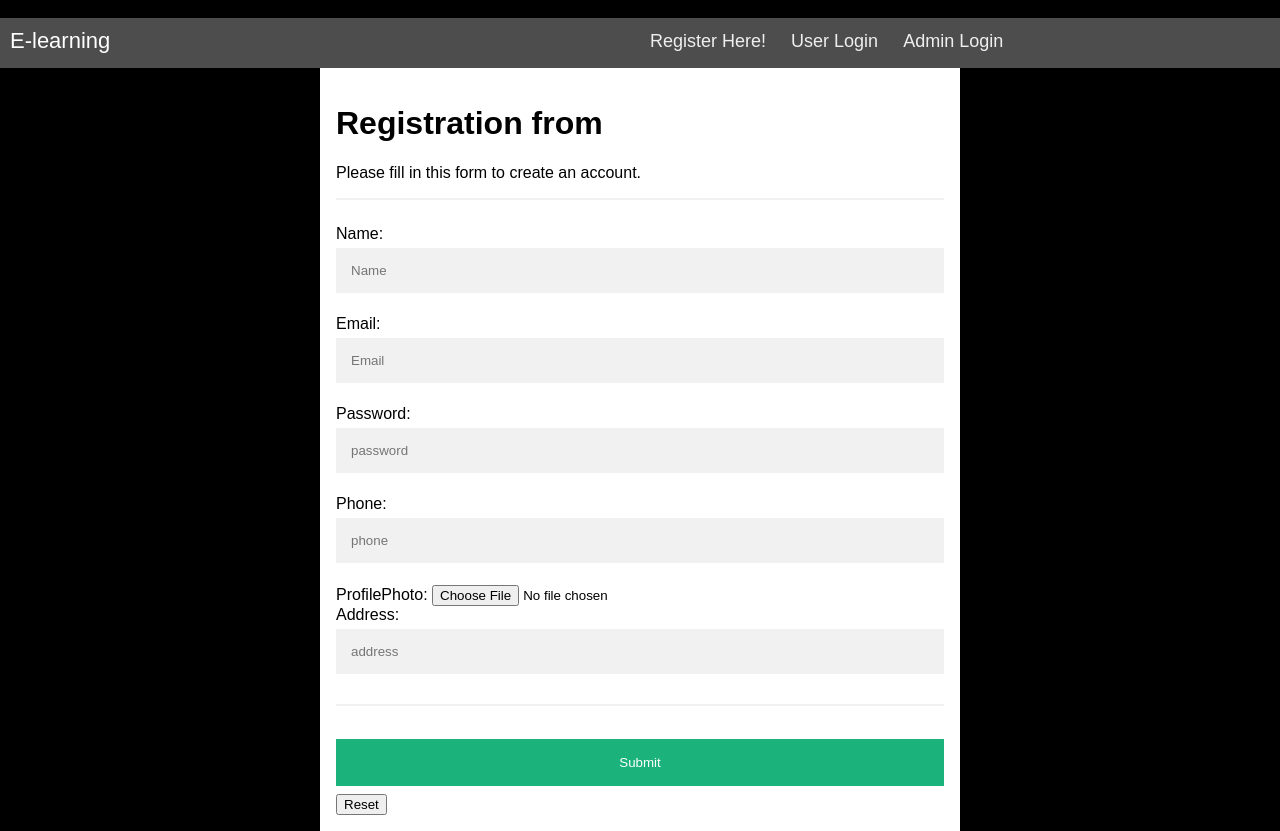
Repository: hemanthchallacs/learning_spring_boot
Page: http://localhost/RegistrationForm
The author's editor kept a copy of each file at every save. The page is drawn from the files as they stood at one save, then again after the next save.
The browser window is 1280 px wide. The pictures show the whole page.
The page is this project's Thymeleaf template; nobody is signed in. The template is opened directly, without the code that normally fills it, so the values that code supplies are empty.

Above is the page before, as saved 2021-07-12 18:31:18.

After the next save:
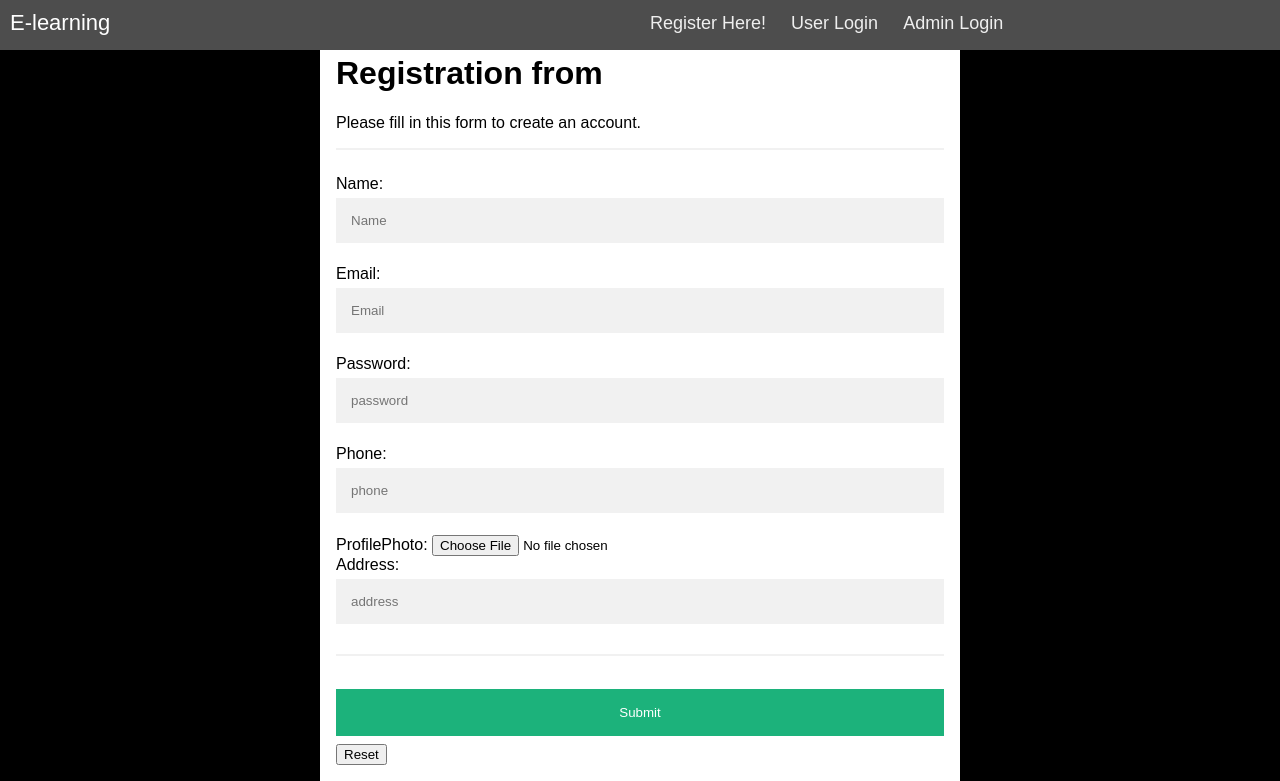
Saved 37 s later.
--- a/ver1_elearning/src/main/resources/templates/RegistrationForm.html
+++ b/ver1_elearning/src/main/resources/templates/RegistrationForm.html
@@ -19,6 +19,9 @@ body {
   width: 100%;
   background-color: #4d4d4d;
   position: relative;
+  position: fixed;
+    width: 100%;
+    top: 0;
 }
 
 .nav > .nav-header {
